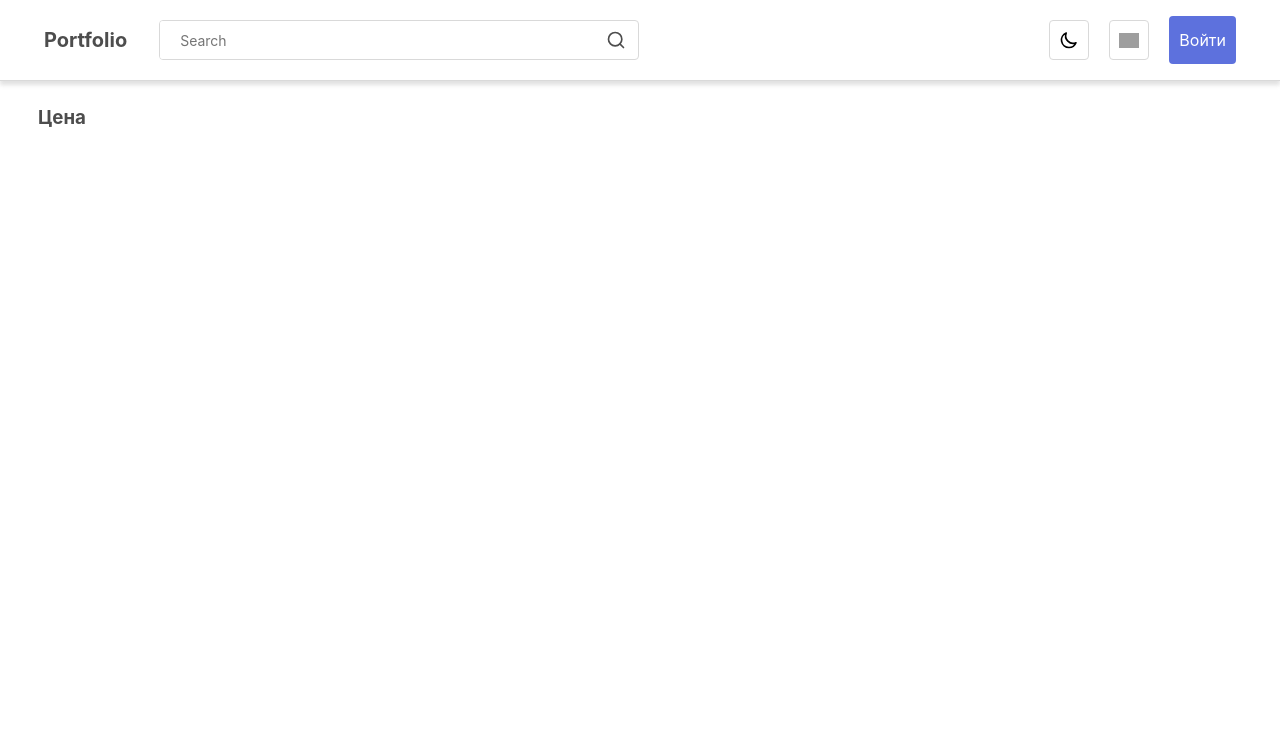
Repository: Envil2001/react-deploy
Page: /
The author's editor kept a copy of each file at every save. The page is drawn from the files as they stood at one save, then again after the next save.
The browser window is 1280 px wide. The pictures show the whole page.
Pictures or frames that could not be fetched are drawn as grey boxes. The page's requests for data from a server got no answer. The project was rebuilt for these pictures with package versions that can differ from the ones it lists, and the page was loaded fresh each time. No one was signed in, and anything a server would have sent is missing. Also part of the build but not shown: src/components/ShopContent/components/Card.module.css, src/components/ShopContent/components/Card.js, src/components/NotFound/notFound.css, src/components/Details/components/DetailProduct.css, src/components/Details/components/DetailProduct.js, src/components/Details/Details.js, src/components/Header/components/Form.js, src/components/Header/components/Login/Login.js and 3 more.

Above is the page before, as saved 2021-11-17 00:31:32.

### src/components/ShopContent/ShopContent.js

import Card from "./components/Card"
import axios from 'axios';
import { useEffect, useState } from "react";
import styles from './ShopContent.module.css'
import Header from "../Header/Header";
import NotFound from "../NotFound/NotFound";
import { Route, Routes } from "react-router";
import Details from "../Details/Details";
import AppContext from "./context";
import LoginPage from "./LoginPage";
import RegisterPage from "./RegisterPage";


const ShopContent = () => {
    const [items, setItems] = useState([]);
    const [cartItems, setCartItems] = useState([]);
    const [searchInput, setUsername] = useState('');


    useEffect(() => {
        async function fetchData() {
          try {
            const [cartResponse, itemsResponse] = await Promise.all([
              axios.get('https://617aac64cb1efe001700ffa7.mockapi.io/items'),
              axios.get('https://617aac64cb1efe001700ffa7.mockapi.io/card'),
            ]);

            setCartItems(cartResponse.data);
            setItems(itemsResponse.data);
          } catch (error) {
            alert('Ошибка при запросе данных ;(');
            console.error(error);
          }
        }

        fetchData();
    }, []);

    const onAddToCart = async (obj) => {
        try {
          const findItem = cartItems.find((item) => Number(item.parentId) === Number(obj.id));
          if (findItem) {
            setCartItems((prev) => prev.filter((item) => Number(item.parentId) !== Number(obj.id)));
            await axios.delete(`https://617aac64cb1efe001700ffa7.mockapi.io/items/${findItem.id}`);
          } else {
            setCartItems((prev) => [...prev, obj]);
            const { data } = await axios.post('https://617aac64cb1efe001700ffa7.mockapi.io/items', obj);
            setCartItems((prev) =>
              prev.map((item) => {
                if (item.parentId === data.parentId) {
                  return {
                    ...item,
                    id: data.id,
                  };
                }
                return item;
              }),
            );
          }
        } catch (error) {
          alert('Ошибка при добавлении в корзину');
          console.error(error);
        }
    };

    const onRemoveItem = (id) => {
        try {
            axios.delete(`https://617aac64cb1efe001700ffa7.mockapi.io/items/${id}`);
            setCartItems((prev) => prev.filter((item) => Number(item.id) !== Number(id)));
        } catch (error) {
            alert('Ошибка при удалении из корзины');
            console.error(error);
        }
    };

    const isItemAdded = (id) => {
        return cartItems.some((obj) => Number(obj.parentId) === Number(id));
    };

    const shopPosts = items
    .filter((item) => item.title.toLowerCase().includes(searchInput.toLowerCase())).map((item) => {
        return (
            <Card
                key={item.id}
                image={item.image}
                title={item.title}
                testimonials={item.testimonials}
                available={item.available}
                cost={item.cost}
                discount={item.discount}
                procentdiscount={item.procentdiscount}
                onAdd={(obj) => onAddToCart(obj)}

                {...item}
            />
        )
    })

        return (
          <AppContext.Provider
            value={{
                items,
                cartItems,
                isItemAdded,
                onAddToCart,
                setCartItems,
            }}>
            <Header
            items={cartItems}
            onRemove={onRemoveItem}
            onSearch={setUsername}
            />
            <div className="container">
            <Routes>
                <Route exact path="/" element={
                    <div className={styles.grid_contain}>
                        <div className={styles.filters}>
                            <div className={styles.rr}>
                                <h3 className={styles.filters_price__title}>Цена</h3>

                            </div>
                        </div>

                        <div className={styles.products_grid}>
                            {shopPosts.length > 0 ? shopPosts
                            :
                            <div className="centerFixed">
                                <div className="contentFix">
                                    <div className="pswp__preloader__icn">
                                        <div className="pswp__preloader__cut">
                                            <div className="pswp__preloader__donut"></div>
                                        </div>
                                    </div>
                                </div>
                            </div>
                            }
                        </div>
                    </div>
                }/>
                <Route path="/products/:id" element={<Details
                    onAdd={(obj) => onAddToCart(obj)}
                />}/>
                <Route path="*" element={<NotFound />}/>
                <Route path="/login" element={<LoginPage />}/>
                <Route path="/register" element={<RegisterPage />}/>
            </Routes>
            </div>
          </AppContext.Provider>
        )
    }

export default ShopContent;

### src/components/ShopContent/ShopContent.module.css
:root {
	--gutter: 20px;
}


.grid_contain {
	width: 100%;
	display: grid;
	grid-gap: var(--gutter);
	grid-template-columns: repeat(4, 1fr);
	margin-top: 25px;
}

.products_grid {
	grid-column: 3 span;
    display: grid;
    grid-gap: var(--gutter);
    grid-template-columns: repeat(3, 1fr);
    grid-template-columns: repeat(auto-fill, minmax(285px, 1fr));
}

.filters {
	position: relative;
}
.filters .rr {
	position: sticky;
    top: 20px;
}
.filters h3 {
	color: var(--color-dark);
	transition: color 0.2s ease;
}
.filters_price__input {
	width: 100%;
}


/* Chrome, Safari, Edge, Opera */
input::-webkit-outer-spin-button,
input::-webkit-inner-spin-button {
	-webkit-appearance: none;
	margin: 0;
}

/* Firefox */
input[type=number] {
	-moz-appearance: textfield;
}


@media screen and (max-width: 500px) {
	.grid_contain {
		display: flex;
		flex-direction: column;
	}
}

### src/components/Header/Header.css
.header {
    width: 100%;
    padding: 16px 24px;
    position: relative;
	background: var(--bg-card);
	border-bottom: 1px solid var(--border);
	z-index: 40;
	box-shadow: var(--box-shadow);
	transition: background 0.2s ease, color 0.2s ease, border 0.2s ease, box-shadow 0.2s ease;
}
.header .container {
	display: flex;
    justify-content: space-between;
    align-items: center;
}

.app-header-left {
    flex-grow: 1;
}

.app-header-left, .app-header-right {
    display: flex;
    align-items: center;
	position: relative;
}
.app-name {
    color: var(--color-dark);
    margin: 0;
    font-size: 20px;
    line-height: 24px;
    font-weight: 700;
    margin-right: 32px;
	transition: color 0.2s ease;
}

.search-wrapper {
    border-radius: 4px;
	border: 1px solid var(--border);
	background: var(--bg-card);
    padding-right: 12px;
    height: 40px;
    display: flex;
    justify-content: space-between;
    align-items: center;
    width: 100%;
    max-width: 480px;
    color: var(--color-dark);
    overflow: hidden;
	transition: background 0.2s ease, color 0.2s ease, border 0.2s ease;
}
.search-input {
    border: none;
    flex: 1;
    outline: none;
    padding: 0 20px;
    color: var(--color-dark);
    font-size: 14px;
    height: 100%;
    width: 100%;
    background: var(--bg-card);
	transition: background 0.2s ease, color 0.2s ease;
}

.app-header-right .btn-header-1 {
	margin-right: 20px;
}
.app-header-right .btn-header-1 {
	text-align: center;
    border: none;
    border-radius: 4px;
    display: flex;
    align-items: center;
    justify-content: center;
    width: 40px;
    height: 40px;
    object-fit: cover;
	cursor: pointer;
	border: 1px solid var(--border);
	background: var(--bg-card);
	transition: background 0.2s ease, border 0.2s ease;
}
.app-header-right .svg {
	width: 20px;
}
body[data-theme='dark'] .app-header-right .btn-header-1 svg path {
	stroke: white;
}

.noproduct {
	padding: 20px;
}
.noproduct h3 {
	margin-bottom: 7px;
	color: var(--color-dark);
}
.noproduct p {
	font-size: 15px;
    color: var(--color-light);
}
.cart-content {
	border: 1px solid var(--border);
	border-top: 1px solid transparent;

	cursor: default;
	width: 490px;
	position: absolute;
	top: 136%;
	right: 0;
	background-color: var(--bg-card);
	box-shadow: var(--box-shadow);
	opacity: 0;
	visibility: hidden;
	transition: opacity 0.3s ease-out, visibility 0.3s ease-out;
}
.bagage {
	position: relative;
}
.bagage:hover .cart-content {
	opacity: 1;
	visibility: visible;
	transition: opacity 0.3s ease-out, visibility 0.3s ease-out;
}
.bagage.active::after {
	content: '';
	position: absolute;
	top: 0;
	right: 0;
	width: 5px;
	height: 5px;
	border-radius: 50%;
	background: rgb(255, 69, 69);
}
.content {
	padding-top: 90px;
}

.cart-content__list {
	max-height: 330px;
	overflow: auto;
}

.cart-product {
	display: flex;
	align-items: center;
	padding: 12px 20px;
	padding-right: 13px;
	transition: background-color 0.3s;
}

.cart-product:hover {
	background: rgba(93, 113, 221, 0.1);
	transition: background-color 0.3s;
}

.cart-product__img {
	margin-right: 20px;
	max-width: 100px;
	max-height: 100px;
	object-fit: cover;
}

.cart-product__title {
	max-width: 300px;
	font-weight: 400;
	font-size: 14px;
	line-height: 20px;
	color: var(--color-dark);
	margin-bottom: 18px;
}

.cart-product__price {
	font-family: 'Roboto', sans-serif;
	font-weight: 700;
	font-size: 20px;
	line-height: 23px;
	color: var(--color-dark);
}

.cart-product__delete {
	border: none;
	background-color: transparent;
	cursor: pointer;
	flex-shrink: 0;
	width: 20px;
	height: 20px;
	padding: 0;
	margin-left: auto;
}

.cart-content__bottom {
	padding: 20px;
	border-top: 1px solid var(--border);
	display: flex;
	justify-content: space-between;
	align-items: center;
}

.cart-content__fullprice {
	font-size: 14px;
	line-height: 20px;
	color: var(--color-dark);
	display: flex;
	flex-direction: column;
	text-align: left;
}

.fullprice {
	margin-top: 10px;
	font-family: 'Roboto', sans-serif;
	font-weight: 700;
	font-size: 20px;
	line-height: 23px;
	color: var(--color-dark);
}

.app-header-right .cart-content__btn {
	display: inline-block;
	width: 246px;
	text-align: center;
}

.simplebar-track.simplebar-vertical {
	width: 4px;
	background: rgba(77, 77, 77, 0.1);
	border-radius: 5px;
	right: 5px;
	margin-top: 20px;
	height: calc(100% - 40px);
}
.cart-product__text {
	text-align: left;
}
.simplebar-track.simplebar-vertical .simplebar-scrollbar::before {
	background: rgba(77, 77, 77, 0.2);
	border-radius: 5px;
	width: 100%;
	top: 0;
	bottom: 0;
	left: 0;
	right: 0;
	opacity: 1;
}

@media screen and (max-width: 500px) {

	.header .app-name {
		display: none;
	}
	.header .search-wrapper {
		max-width: 100%;
	}
	.header .app-header-right {
		display: none;
	}
}








.form__container {
    width: 500px;
	position: relative;
    display: inline-block;
    vertical-align: middle;
    background-color: var(--bg-card);
    border-radius: 10px;
	border: 1px  solid var(--border);
	transition: 0.2s border ease, background-color 0.2s ease, 0.2s box-shadow ease;
	box-shadow: var(--box-shadow);
}
.form__container .form__title {
	padding: 20px;
    border-bottom: 1px solid var(--border);
	transition: 0.2s border ease;
}
.form__container .form__title h3 {
    font-weight: 600;
    font-size: 18px;
    line-height: 20px;
    color: var(--color-accent);
}

.form__container .form__content {
	padding: 20px;
}

.form__container .form__content .form__row {
	display: flex;
	flex-direction: column;
	margin-bottom: 14px;
}
.btn-content {
	padding: 0px 20px;
}
.form__container .form__content .form__row .form__label {
	margin-bottom: 4px;
	font-weight: 500;
    font-size: 14px;
    line-height: 20px;
    color: var(--color-light);
	transition: 0.2s color ease;
}
.form__container .form__content .form__row .form__input {
	padding-left: 14px;
    padding-right: 14px;
    width: 240px;
    height: 45px;
    background: var(--bg-card);
    border-radius: 4px;
    border: 1px solid var(--border);
    color: var(--color-light);
	width: 100%;
	outline: none;
	transition: 0.2s border ease, background 0.2s ease, 0.2s color ease;
}
.form__input__container {
	position: relative;
}
.password-icon {
	position: absolute;
    right: 14px;
    top: 50%;
    transform: translateY(-50%);
}
.password-icon svg {
	stroke: var(--border);
	cursor: pointer;
}
.form__container .btn {
	margin-top: 16px;
	margin-bottom: 40px;
}
.additional-content {
	text-align: center;
	padding-bottom: 20px;
}
.form__container .additional-text {
	font-weight: 500;
    font-size: 14px;
    line-height: 20px;
    color: var(--color-light);
}

.form__container .form__content .form__row .form__input:focus {
	border-color: #6078f1;
}

### src/components/Header/components/Modal/Modal.css
.disable-scroll {
	position: relative;
	overflow: hidden;
	height: 100vh;
	position: fixed;
	left: 0;
	top: 0;
	width: 100%;
}



.modal {
	position: fixed;
	left: 0;
	top: 0;
	right: 0;
	bottom: 0;
	z-index: 1000;
	background-color: rgba(0, 0, 0, 0.7);
	overflow-y: auto;
	overflow-x: hidden;
	text-align: center;
	display: none;
}



.modal::before {
	content: "";
	display: inline-block;
	vertical-align: middle;
	height: 100%;
}

.modal__container {
	position: relative;
	display: inline-block;
	vertical-align: middle;
	background-color: var(--bg-card);
	border-radius: 10px;
	text-align: left;
}

.modal__close {
	position: absolute;
	right: 0;
	top: 0;
}

.modal.is-open {
display: block;
}



















.closeModal {
	position: absolute;
    width: 30px;
    height: 30px;
    background: var(--bg-card);
    display: flex;
    align-items: center;
    justify-content: center;
    border-radius: 50%;
    right: -20px;
    top: -20px;
    cursor: pointer;
}


.order-modal {
	padding: 40px;
	width: 592px;
	min-height: 542px;
}

.order-modal__top {
	display: flex;
	justify-content: space-between;
}

.order-modal__title {
	margin-bottom: 40px;
	font-weight: 600;
	font-size: 18px;
	line-height: 20px;
	color: var(--color-accent);
}

.order-modal__number {
	font-weight: 400;
	font-size: 12px;
	line-height: 20px;
	text-align: right;
	color: var(--color-light);
}

.order-modal__info {
	margin-bottom: 20px;
	border: 1px solid var(--border);
	border-radius: 4px;
	padding: 34px 40px;
	font-weight: 400;
	font-size: 14px;
	line-height: 19px;
	color: var(--color-light);
}

.order-modal__info span {
	font-weight: 600;
}

.order-modal__info-item:not(:last-child) {
	margin-bottom: 15px;
}

.order-modal__btn {
	position: relative;
	background-color: transparent;
	border: none;
	cursor: pointer;
	padding: 0;
	font-weight: 400;
	font-size: 14px;
	line-height: 19px;
	color: var(--color-light);
}

.order-modal__btn svg{
	content: "";
	position: absolute;
	right: -20px;
	top: 50%;
}

.order-modal__btn.open svg {
	transform: translateY(-50%) rotate(180deg);
}

.order__label {
	margin-bottom: 14px;
	display: flex;
	align-items: center;
	justify-content: space-between;
	font-weight: 500;
	font-size: 14px;
	line-height: 20px;
	color: var(--color-light);
}

.order__input {
	padding-left: 14px;
	padding-right: 14px;
	width: 240px;
	height: 45px;
	background: var(--bg-card);
	border-radius: 4px;
	border: 1px solid var(--border);
    color: var(--color-light);
}

.order__input::placeholder {
	color: var(--color-light);
}

.order-product {
	display: flex;
	align-items: center;
}



.order-product__img {
	max-width: 60px;
	max-height: 60px;
	object-fit: cover;
	margin-right: 10px;
}

.order-modal__list {
    max-height: 0;
    transition: 0.2s ease;
    padding: 0px 0px;
    visibility: hidden;
    opacity: 0;
	overflow: auto;
}
.order-modal__list.active {
    max-height: 250px;
    transition: 0.2s ease;
    visibility: visible;
    opacity: 1;
}
.order-modal__item:first-child {
    margin-top: 14px;
}
.order-modal__item:not(:last-child) {
	margin-bottom: 14px;
}
.order-product__text {
	margin-right: 10px;
}
.order-product__title {
	margin-bottom: 5px;
	font-weight: 400;
	font-size: 12px;
	line-height: 20px;
	color: var(--color-dark);
}
.order-product__price {
	font-family: 'Roboto', sans-serif;
	font-weight: 700;
	font-size: 14px;
	line-height: 16px;
	color: var(--color-dark);
}
.order-product__delete {
	background-color: transparent;
	border: var(--border);
	cursor: pointer;
	font-weight: 400;
	font-size: 12px;
	line-height: 20px;
	text-align: right;
	color: var(--color-light);
    margin-left: auto;
}

Loaded but not shown: public/index.html (common file); src/App.js (common file); src/components/ShopContent/context.js (common file); src/components/Header/Header.js (120 lines, source omitted); src/components/Header/components/Modal/Modal.js (82 lines, source omitted); src/store/slices/userSlices.js (28 lines, source omitted); src/FIREBASE.js (14 lines, source omitted); src/index.js (18 lines, source omitted); src/components/NotFound/NotFound.js (17 lines, source omitted); src/hooks/use-auth.js (15 lines, source omitted); src/store/index.js (8 lines, source omitted); src/index.css (522 lines, source omitted)

After the next save:
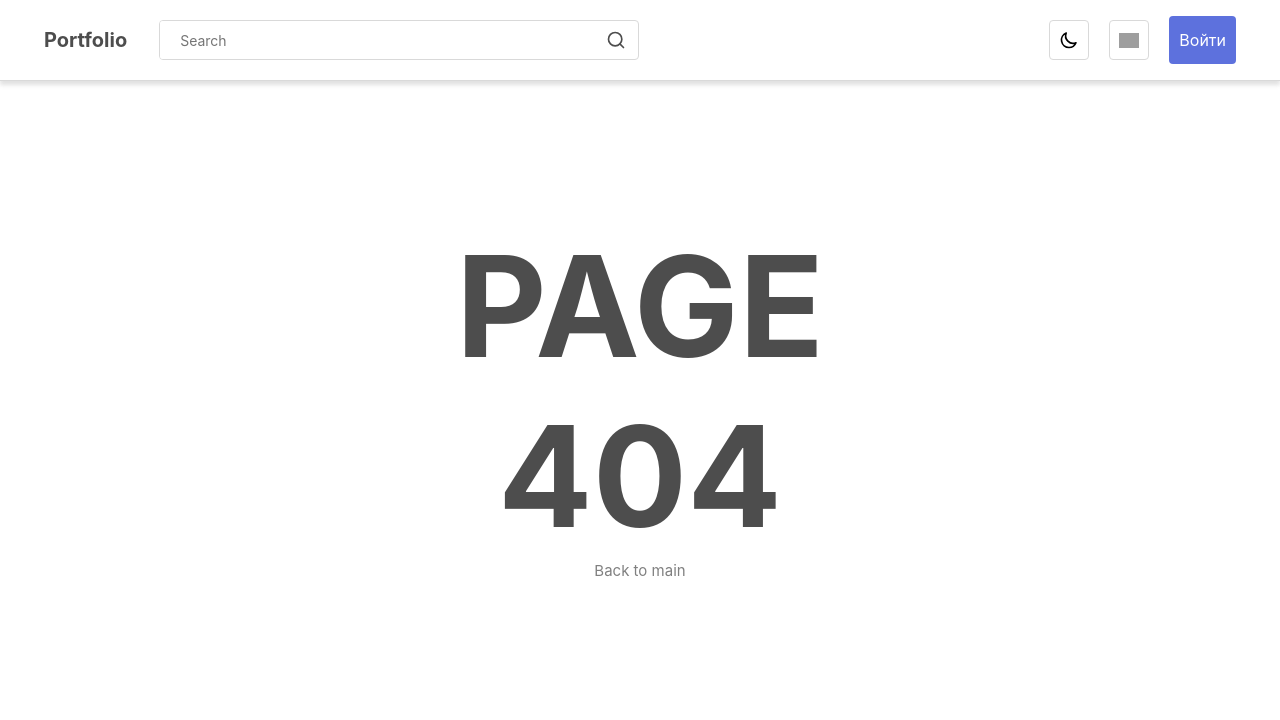
Saved 6 min 46 s later.
--- a/src/components/ShopContent/ShopContent.js
+++ b/src/components/ShopContent/ShopContent.js
@@ -113,7 +113,7 @@
             />
             <div className="container">
             <Routes>
-                <Route exact path="/" element={
+                <Route exact path="/products" element={
                     <div className={styles.grid_contain}>
                         <div className={styles.filters}>
                             <div className={styles.rr}>

After the save that followed:
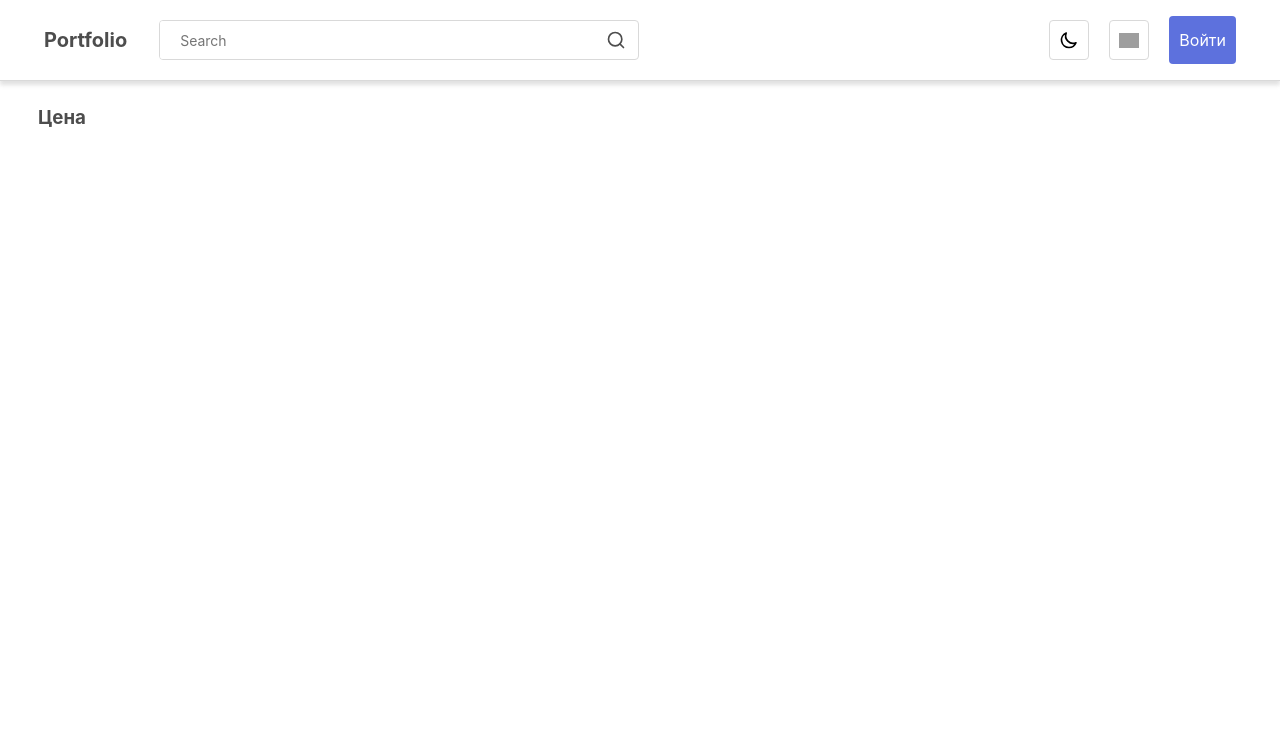
Saved 12 min 0 s later.
--- a/src/components/ShopContent/ShopContent.js
+++ b/src/components/ShopContent/ShopContent.js
@@ -113,7 +113,7 @@
             />
             <div className="container">
             <Routes>
-                <Route exact path="/products" element={
+                <Route exact path="/" element={
                     <div className={styles.grid_contain}>
                         <div className={styles.filters}>
                             <div className={styles.rr}>
